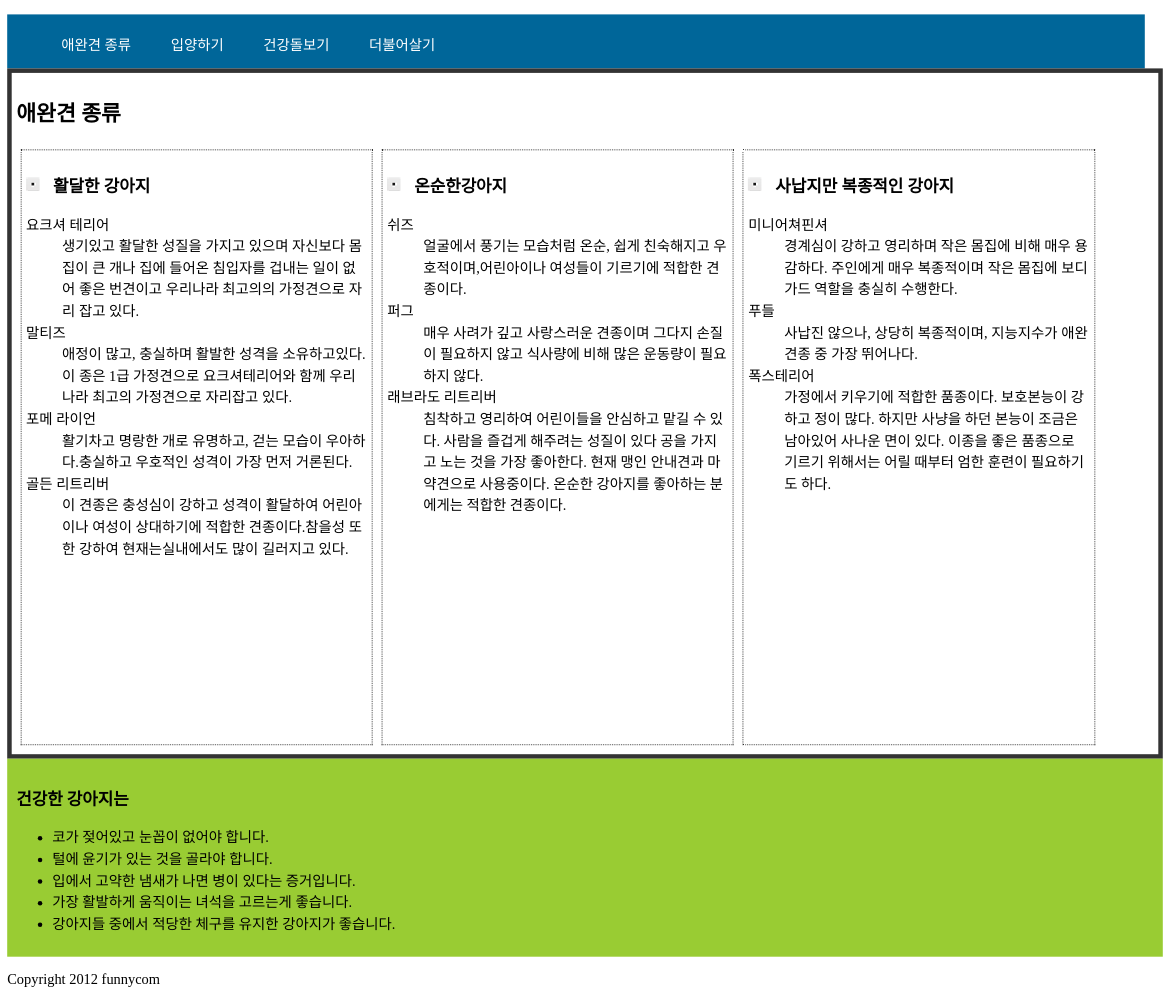
Repository: woosungtae/html_css
Page: pro01/public/10-do.html
An editor plug-in stored every save of this project. The page is shown before and after the next save, followed by the edit.
The browser window is 1280 px wide. The page is 1292 px wide, so the pictures cover 1292 px, including what lies to the right of the window. The pictures show the whole page, at 90% of full size.

Above is the page before, as saved 2022-12-07 08:13:12.

### pro01/public/10-do.html
<!DOCTYPE html>
<html>
	<head>
		<meta charset="utf-8">
		<title>애완견 돌보기</title>
	<link href="css/style4.css" rel="stylesheet" type="text/css">
	</head>
	<body>
		<header>
			<nav>
				<ul>
					<li><a href="#">애완견 종류</a></li>
					<li><a href="#">입양하기</a></li>
					<li><a href="#">건강돌보기</a></li>
					<li><a href="#">더불어살기</a></li>
				</ul>
			</nav>
		</header>
		<article>
			<h2>애완견 종류</h2>
			<section>
				<h3>활달한 강아지</h3>
				<dl>
						<dt>요크셔 테리어 </dt>
						<dd>생기있고 활달한 성질을 가지고 있으며 자신보다 몸집이 큰 개나 집에 들어온 침입자를 겁내는 일이 없어 좋은 번견이고 우리나라 최고의의 가정견으로 자리 잡고 있다.</dd>
						<dt>말티즈 </dt>
						<dd>애정이 많고, 충실하며 활발한 성격을 소유하고있다. 이 종은 1급 가정견으로 요크셔테리어와 함께 우리나라 최고의 가정견으로 자리잡고 있다.</dd>
						<dt>포메 라이언</dt>
						<dd>활기차고 명랑한 개로 유명하고, 걷는 모습이 우아하다.충실하고 우호적인 성격이 가장 먼저 거론된다. </dd>
						<dt>골든 리트리버</dt>
						<dd>이 견종은 충성심이 강하고 성격이 활달하여 어린아이나 여성이 상대하기에 적합한 견종이다.참을성 또한 강하여 현재는실내에서도 많이 길러지고 있다.</dd>
				</dl>
			</section>
			<section>
				<h3>온순한강아지</h3>
				<dl>
					<dt>쉬즈</dt>
					<dd>얼굴에서 풍기는 모습처럼 온순, 쉽게 친숙해지고 우호적이며,어린아이나 여성들이 기르기에 적합한 견종이다.</dd>
					<dt>퍼그</dt>
					<dd>매우 사려가 깊고 사랑스러운 견종이며 그다지 손질이 필요하지 않고 식사량에 비해 많은 운동량이 필요하지 않다.</dd>
					<dt>래브라도 리트리버</dt>
					<dd>침착하고 영리하여 어린이들을 안심하고 맡길 수 있다. 사람을 즐겁게 해주려는 성질이 있다 공을 가지고 노는 것을 가장  좋아한다. 현재 맹인 안내견과 마약견으로 사용중이다. 온순한 강아지를 좋아하는 분에게는 적합한 견종이다.</dd>
				</dl>
			</section>
			<section>
				<h3>사납지만 복종적인 강아지</h3>
				<dl>
					<dt>미니어쳐핀셔</dt>
					<dd>경계심이 강하고 영리하며 작은 몸집에 비해 매우 용감하다. 주인에게 매우 복종적이며 작은 몸집에 보디가드 역할을 충실히 수행한다.</dd>
					<dt>푸들 </dt>
					<dd>사납진 않으나, 상당히 복종적이며, 지능지수가 애완견종 중 가장 뛰어나다.</dd>
					<dt>폭스테리어</dt>
					<dd>가정에서 키우기에 적합한 품종이다. 보호본능이 강하고 정이 많다. 하지만 사냥을 하던 본능이 조금은 남아있어 사나운 면이 있다. 이종을 좋은 품종으로 기르기 위해서는 어릴 때부터 엄한 훈련이 필요하기도 하다.</dd>
				</dl>
			</section>
		</article>
		<aside>
		<h3>건강한 강아지는</h3>
			<ul>
				<li>코가 젖어있고 눈꼽이 없어야 합니다.</li>
				<li>털에 윤기가 있는 것을 골라야 합니다.</li>
				<li>입에서 고약한 냄새가 나면 병이 있다는 증거입니다.</li>
				<li>가장 활발하게 움직이는 녀석을 고르는게 좋습니다.</li>
				<li>강아지들 중에서 적당한 체구를 유지한 강아지가 좋습니다.</li>
			</ul>
		</aside>
		<footer>
			<p>Copyright 2012 funnycom</p>
		</footer>
	</body>
</html>

### pro01/public/css/style4.css
@charset "utf-8";
nav{
	width:100%;
	height:60px;

	background-color:#069;
}
nav ul{
	list-style-type:none;
}
nav ul li{
	display:inline-block;
	margin:20px;
}
nav ul li a {
	color:white;
	text-decoration:none;
}
article{
	width:100%;
	margin-right: auto;
	margin-left:auto;
	border:5px solid #333;
	padding:5px;
	overflow:hidden;
}
article section{
	width:30%;
	height:650px;
	float: left;
	margin:5px;
	padding:5px;
	border:1px dotted #333;
}
section h3{
	background: url('../images/dot.png') no-repeat left center;
	padding-left: 30px;
}
aside{
	clear:both;
	margin:0 auto;
	width:100%;
	height:auto;
	padding:10px;
	background-color:#99cc33
}
footer{
	clear:both;
	width:100%;
	margin-right:auto;
	margin-left:auto;
	margin-top:0;
}

After the next save:
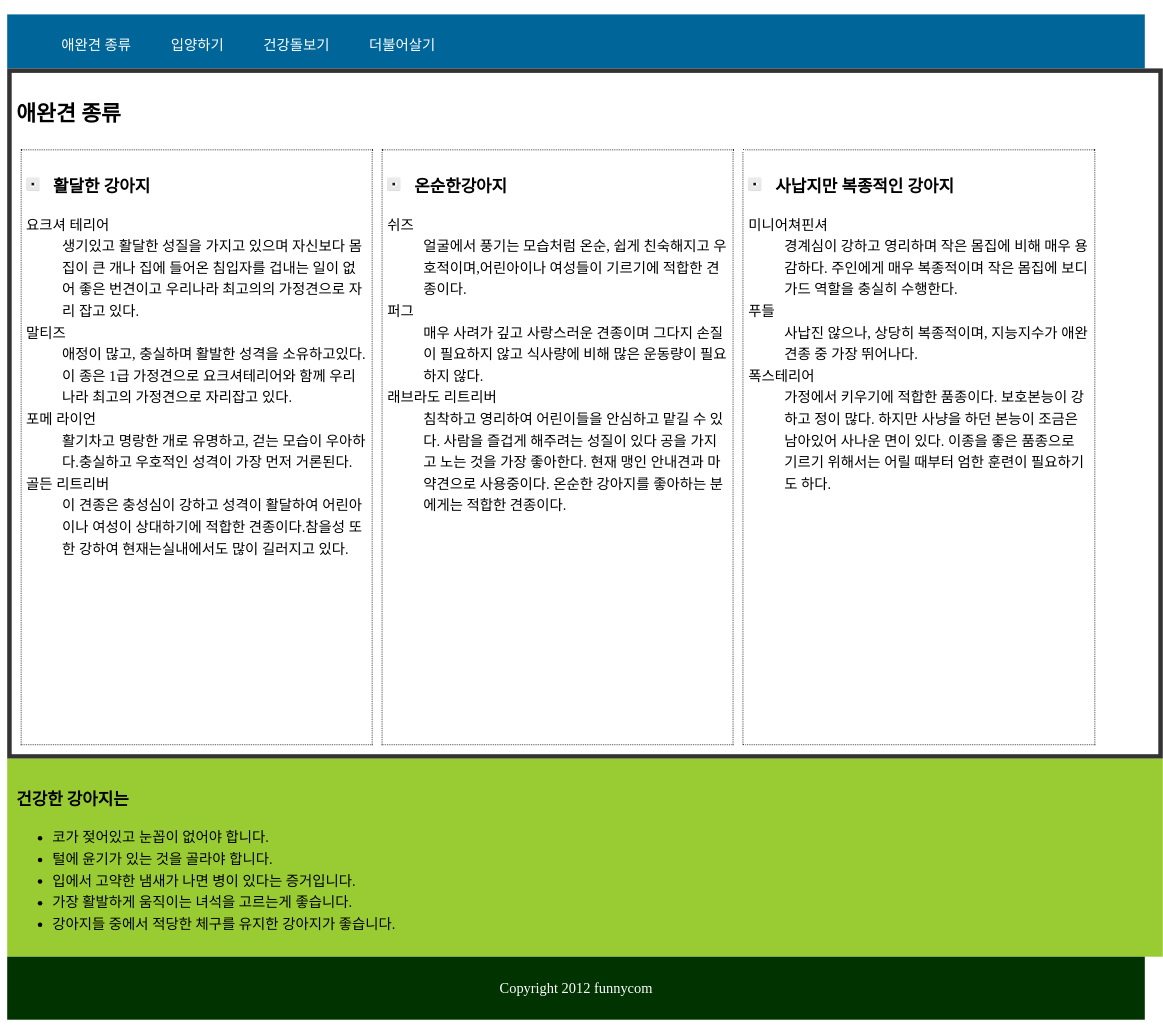
Saved 36 s later.
--- a/pro01/public/css/style4.css
+++ b/pro01/public/css/style4.css
@@ -45,9 +45,9 @@ aside{
 	background-color:#99cc33
 }
 footer{
+	padding: 10px 0;
+	background-color: #030;
+	color: #fff;
+	text-align: center;
 	clear:both;
-	width:100%;
-	margin-right:auto;
-	margin-left:auto;
-	margin-top:0;
 }
